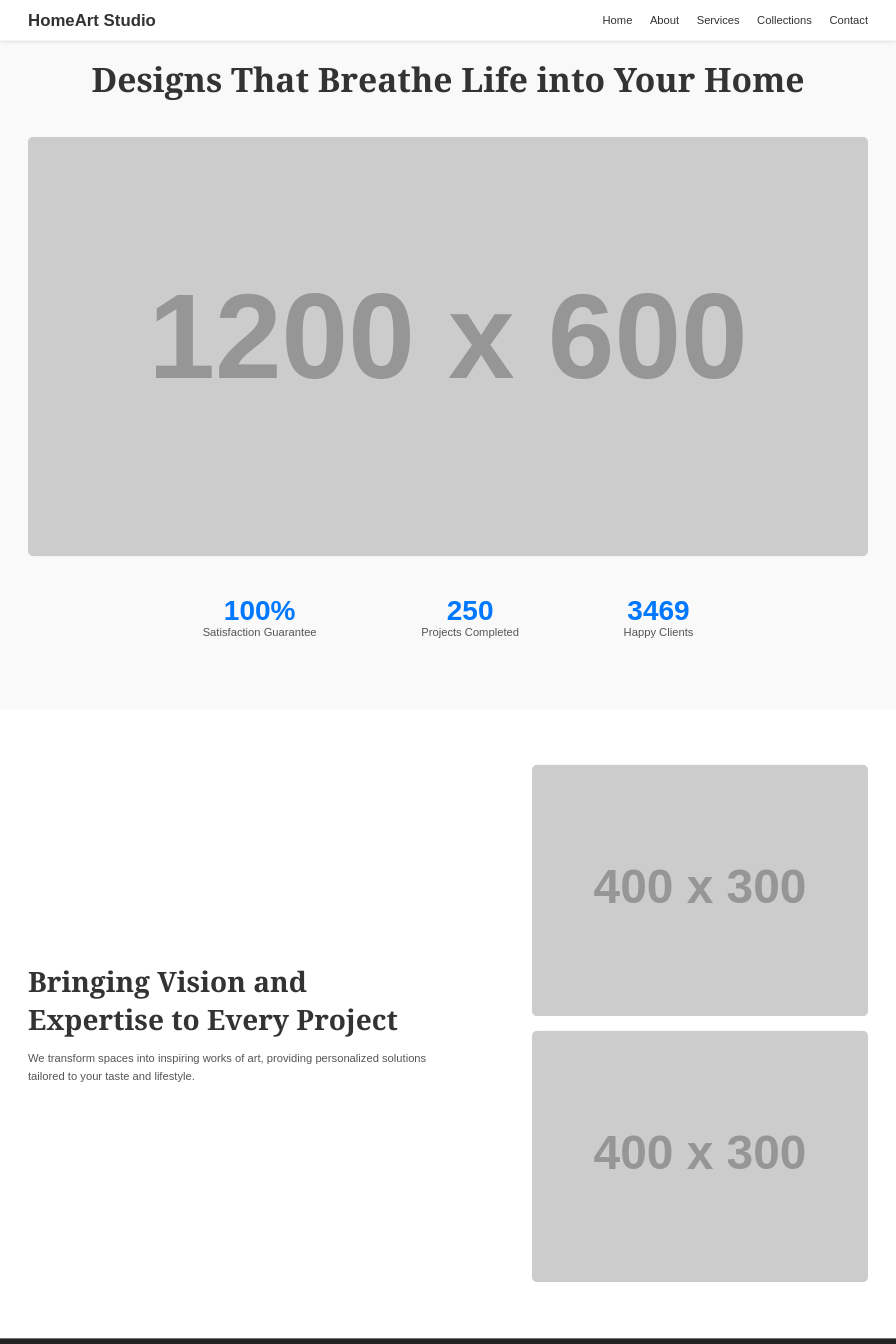
Repository: Patience225/home-decor-studio
Page: index.html
The author's editor kept a copy of each file at every save. The page is drawn from the files as they stood at one save, then again after a run of saves.
The browser window is 1280 px wide. The pictures show the part of the page from y = 0 to 1920 px (the page is 4316 px tall before and 3730 px after), at 70% of full size.

Above is the page before, as saved 2025-01-29 07:15:18.

After the next 3 saves:
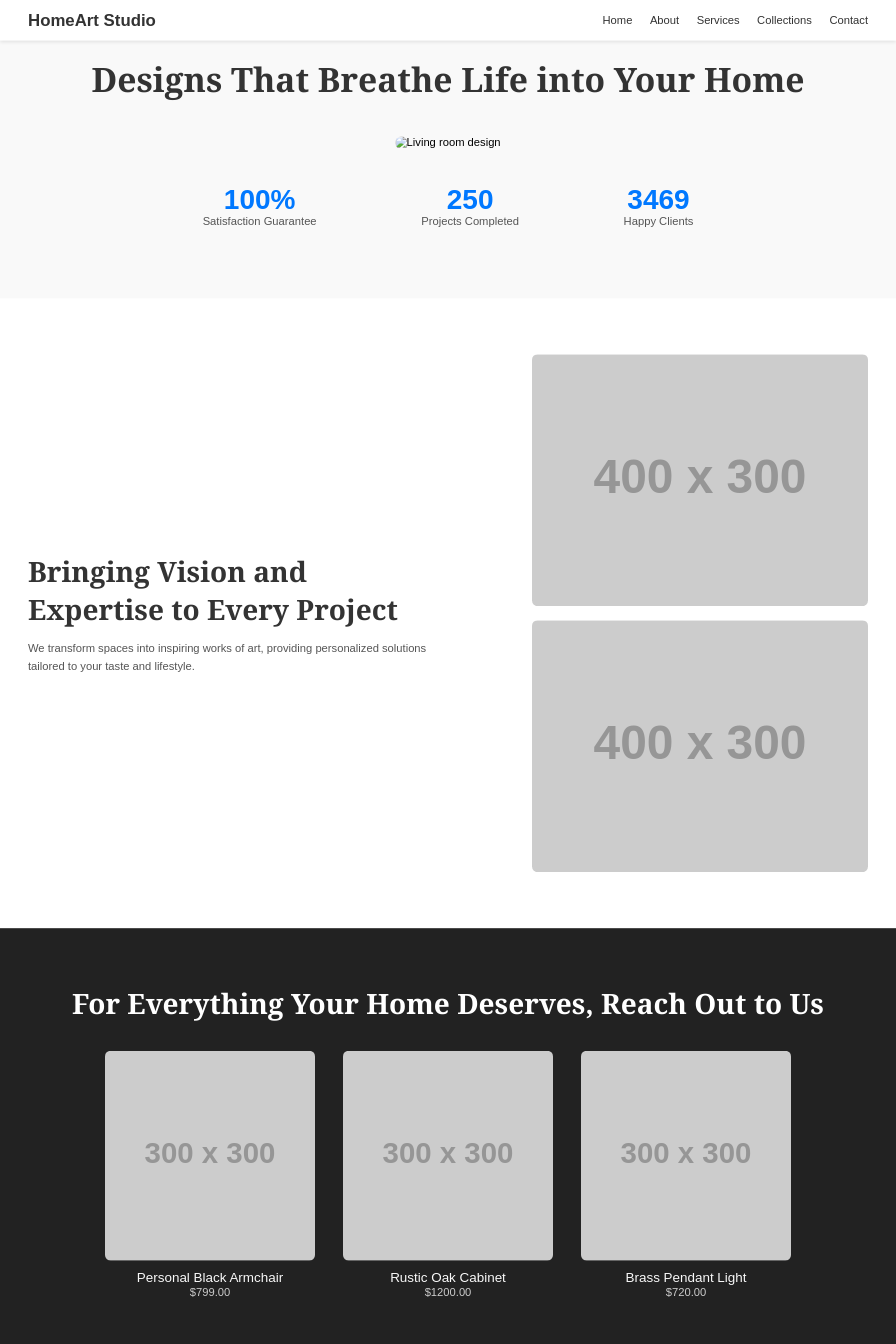
Not found: images/living room design.jpg
The 3 saves are shown as one change because they came seconds apart.
The last was saved 2 min 29 s later.
--- a/index.html
+++ b/index.html
@@ -29,7 +29,7 @@
   <section id="home" class="hero">
     <div class="hero-content">
       <h1>Designs That Breathe Life into Your Home</h1>
-      <img src="https://via.placeholder.com/1200x600" alt="Living room design" class="hero-image">
+      <img src="images/living room design.jpg" alt="Living room design" class="hero-image">
       <div class="hero-stats">
         <div class="stat-item"><h2>100%</h2><p>Satisfaction Guarantee</p></div>
         <div class="stat-item"><h2>250</h2><p>Projects Completed</p></div>
